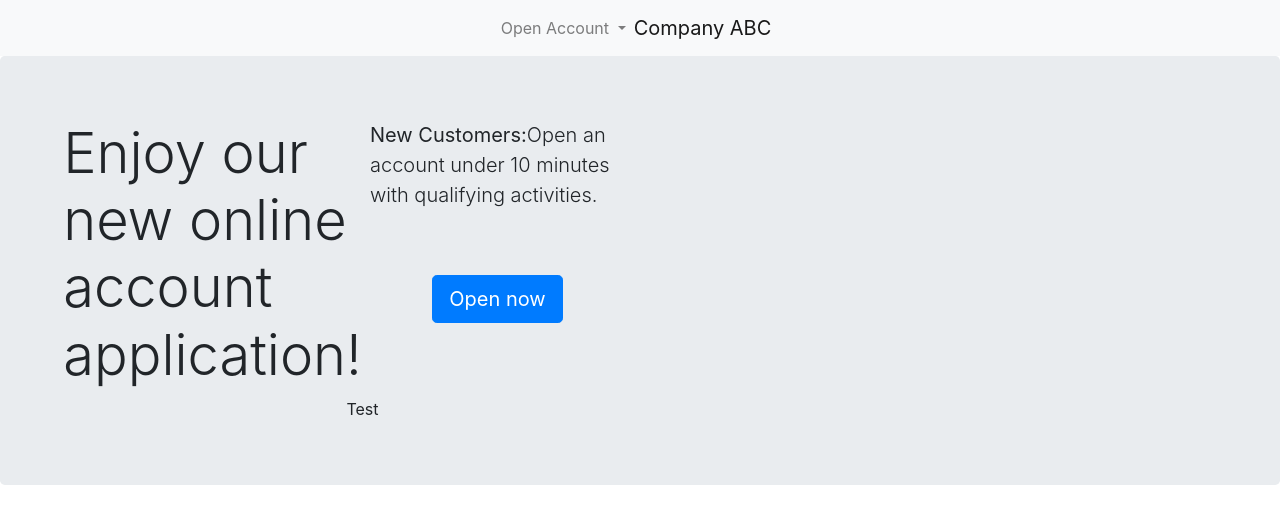
Repository: barriosan95/banking-opening-account-demo
Page: http://localhost/
The author's editor kept a record of every edit. The page is drawn from the files as they stood at one moment, then again after the next edit.
The browser window is 1280 px wide. The pictures show the whole page.
Some web fonts or font styles are not loaded; a fallback is used. Some web libraries are served in a nearby version. The page is served by the project's Node server (index.js).

Above is the page before.

### views/main.ejs
<% include ./partials/header %>

<div class="jumbotron">
    <div class = "container">
        <div class ="row">
            <div class ="col-md-3 d-flex flex-column align-items-center">
                <h4 class="display-4">Enjoy our new online account application!</h4>
            </div>
            <div class ="col-md-3 d-flex flex-column align-items-center">
                  <p class="lead"><b>New Customers:</b>Open an account under 10 minutes with qualifying activities.</p>
                    <hr class="my-4">
                    <p class="lead">
                    <a class="btn btn-primary btn-lg" href="#" role="button">Open now</a>
                </p>
            </div>

            </div>

            <div class ="col-md-6 d-flex flex-column align-items-center">
                Test
            </div>
        </div>
    </div>
</div>


<% include ./partials/footer %>

### views/partials/header.ejs
<!DOCTYPE HTML!>
<html>

    <head>


        <!--CDN Bootstrap v4.1.3-->
        <link rel="stylesheet" href="https://stackpath.bootstrapcdn.com/bootstrap/4.1.3/css/bootstrap.min.css">
        <link rel="stylesheet" href="https://cdnjs.cloudflare.com/ajax/libs/font-awesome/4.7.0/css/font-awesome.min.css">

        <!--font -->
        <link href="https://fonts.googleapis.com/css?family=Muli:200,300,400,700,800" rel="stylesheet">

        <!--Will ensure proper responsivness on mobile devices-->
        <meta name="viewport" content="width=device-width, initial-scale=1, shrink-to-fit=no">

        <title> Banking OA Demo </title>

        <meta name="viewport" content="width=device-width, initial-scale=1, maximum-scale=1, user-scalable=no">

    </head>

    <body>

    <!--NAVBAR-->
        <nav class="navbar navbar-expand-lg navbar-light bg-light">
            <button class="navbar-toggler" type="button" data-toggle="collapse" data-target="#navbarNavDropdown" aria-controls="navbarNavDropdown" aria-expanded="false" aria-label="Toggle navigation">
                <span class="navbar-toggler-icon"></span>
            </button>

            <div class="collapse navbar-collapse" id="navbarNavDropdown">
                <ul class="navbar-nav mx-auto">
                    <li class="nav-item dropdown">
                        <a class="nav-link dropdown-toggle" href="#" id="navbarDropdown" role="button" data-toggle="dropdown">
                            Open Account
                        </a>
                        <div class="dropdown-menu" aria-labelledby="navbarDropdown">
                          <a class="dropdown-item" href="#">Checking Accounts</a>
                          <div class="dropdown-divider"></div>
                          <a class="dropdown-item" href="#">Savings Accounts </a>
                          <div class="dropdown-divider"></div>
                          <a class="dropdown-item" href="#">Money Market Accounts</a>
                          <div class="dropdown-divider"></div>
                          <a class="dropdown-item" href="#">CD and IRA's</a>

                        </div>
                    </li>
                    <a class="navbar-brand" href="/"> Company ABC </a>

                </ul>
            </div>
        </nav>

### views/partials/footer.ejs

        <!--Bootstrap js scripts-->
        <script src="https://code.jquery.com/jquery-3.3.1.min.js" integrity="sha256-FgpCb/KJQlLNfOu91ta32o/NMZxltwRo8QtmkMRdAu8="crossorigin="anonymous"></script>
        <script src="https://cdnjs.cloudflare.com/ajax/libs/popper.js/1.12.9/umd/popper.min.js" integrity="sha384-ApNbgh9B+Y1QKtv3Rn7W3mgPxhU9K/ScQsAP7hUibX39j7fakFPskvXusvfa0b4Q" crossorigin="anonymous"></script>
        <script src="https://maxcdn.bootstrapcdn.com/bootstrap/4.0.0/js/bootstrap.min.js" integrity="sha384-JZR6Spejh4U02d8jOt6vLEHfe/JQGiRRSQQxSfFWpi1MquVdAyjUar5+76PVCmYl" crossorigin="anonymous"></script>
        <!--JS SCIPTs -->

        <script src="/js/forms.js"></script>
        <script src="https://cdn.jsdelivr.net/npm/jquerykeyframes@1.0.5/dist/jquery.keyframes.min.js"></script>

    </body>
</html>

### index.js
const express = require('express');


const mainRoutes = require('./routes/main');

//APP CONFIGURATIONS
var app = express();
    app.set('view engine','ejs');
    app.use(mainRoutes);





app.listen(process.env.PORT,process.env.IP,function(){
    console.log('Server established.');
});

### routes/main.js
const express = require('express');

const router = express.Router();

router.get("/", function(req,res){
    res.render('main');
});


module.exports = router;

Loaded but not shown: public/js/forms.js (no copy from this time; the picture is the same without it)

After the next edit:
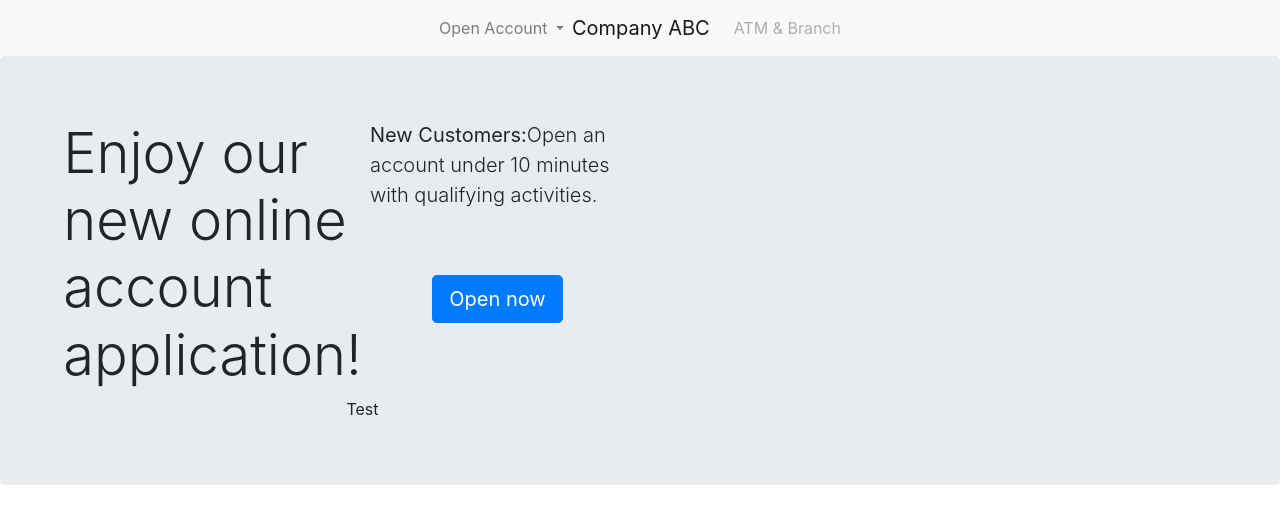
The edit:
--- a/views/partials/header.ejs
+++ b/views/partials/header.ejs
@@ -46,7 +46,9 @@
                         </div>
                     </li>
                     <a class="navbar-brand" href="/"> Company ABC </a>
-
+                     <li class="nav-item">
+                        <a class="nav-link disabled" href="#">ATM & Branch</a>
+                     </li>
                 </ul>
             </div>
         </nav>
